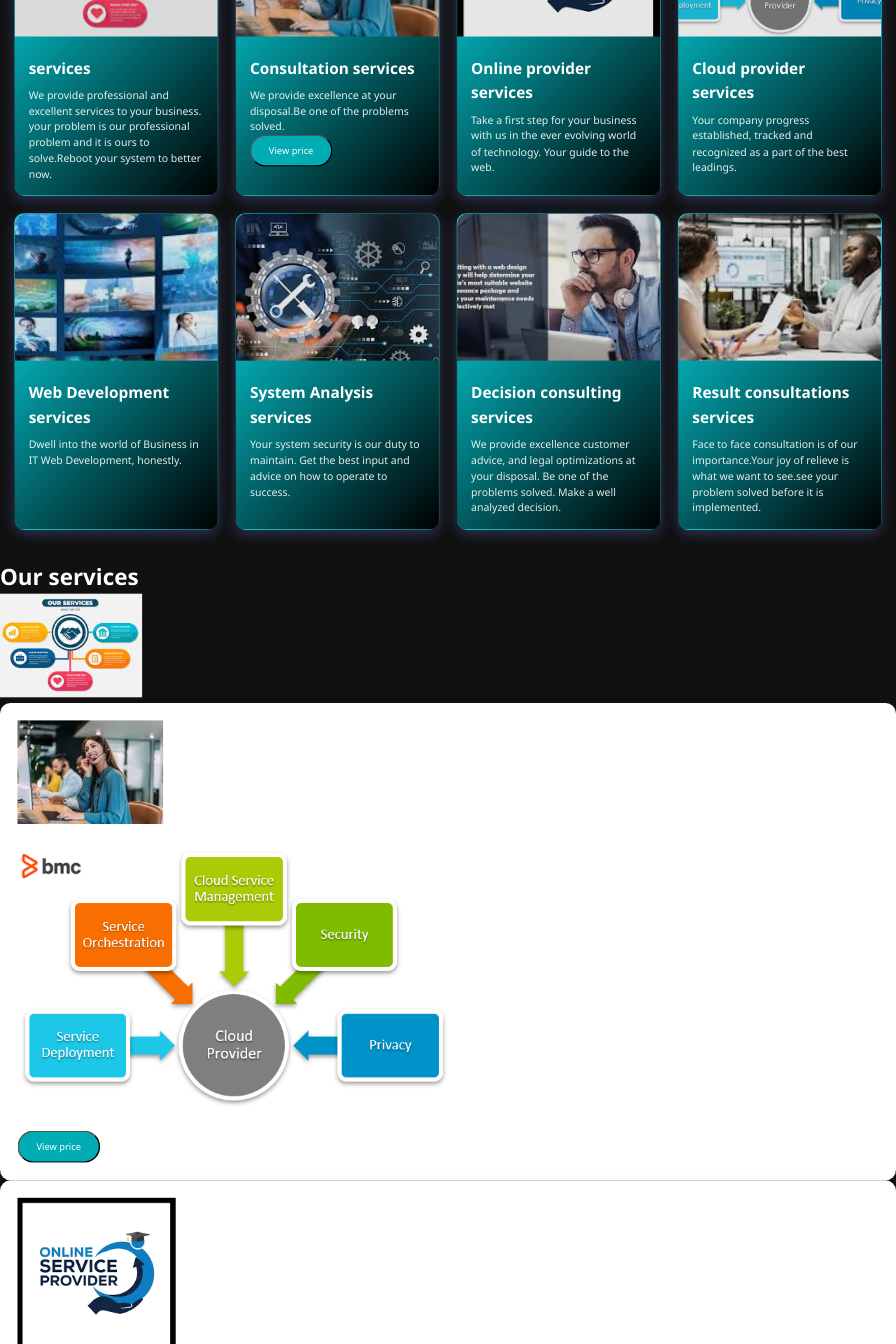
Repository: za569/WEDE5020-HTML-CSS-JavaScript-Zanda-Rubuxa-PART-3
Page: services.html
An editor plug-in stored every save of this project. The page is shown before and after the next save, followed by the edit.
The browser window is 1280 px wide. The pictures show the part of the page from y = 353 to 2273 px (the page is 3075 px tall before and 3111 px after), at 70% of full size.

Above is the page before, as saved 2026-06-03 12:36:09.
Console error: TypeError: document.getElementsById is not a function

After the next save:
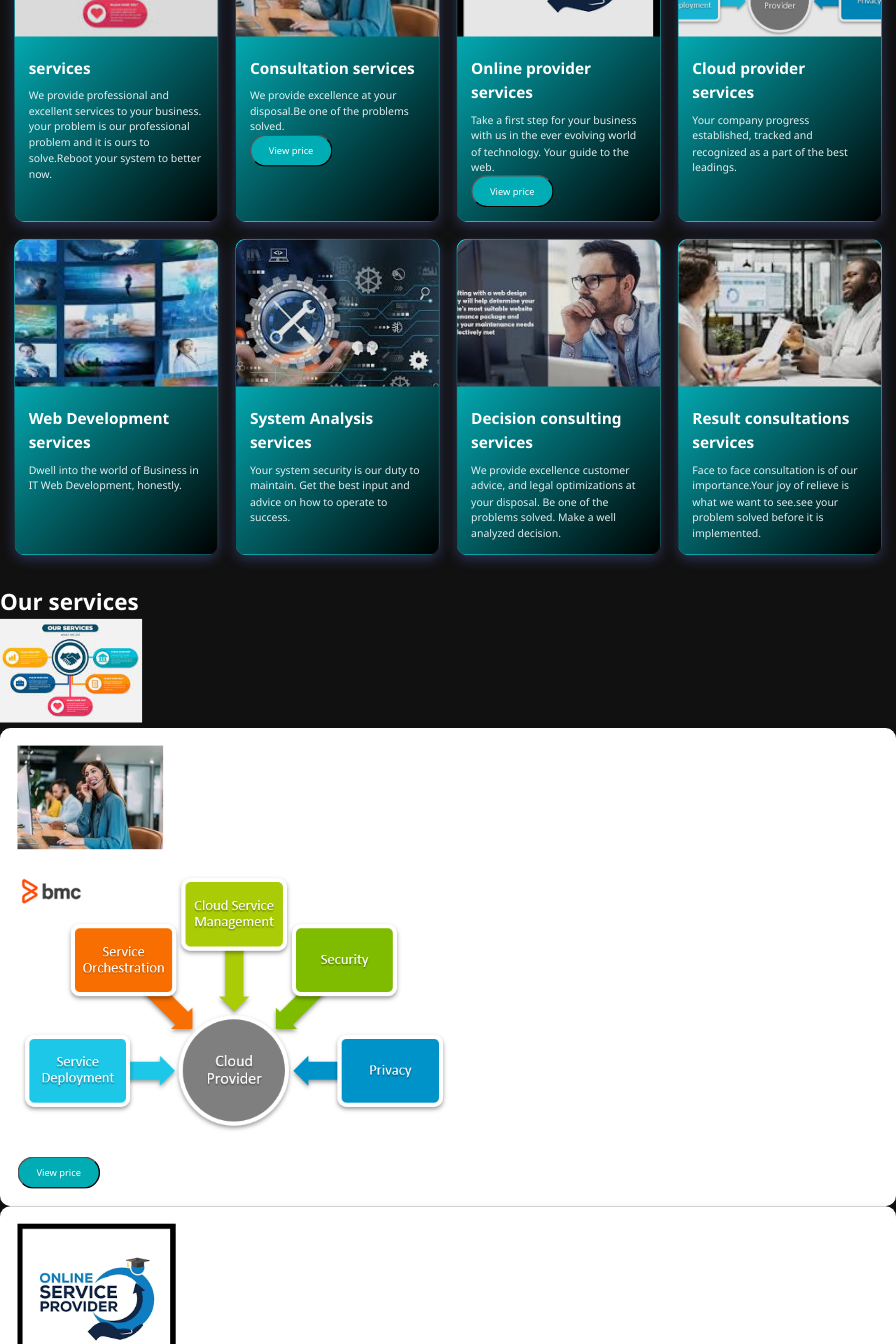
Saved 7 s later.
--- a/services.html
+++ b/services.html
@@ -37,7 +37,7 @@
             <div class="service-card-content">
                 <h3>Online provider services</h3>
                 <p>Take a first step for your business with us in the ever evolving world of technology. Your guide to the web.</p>
-
+            <button class="btn price-btn" data-price="R1050">View price</button>
             </div>
         </div>
 
